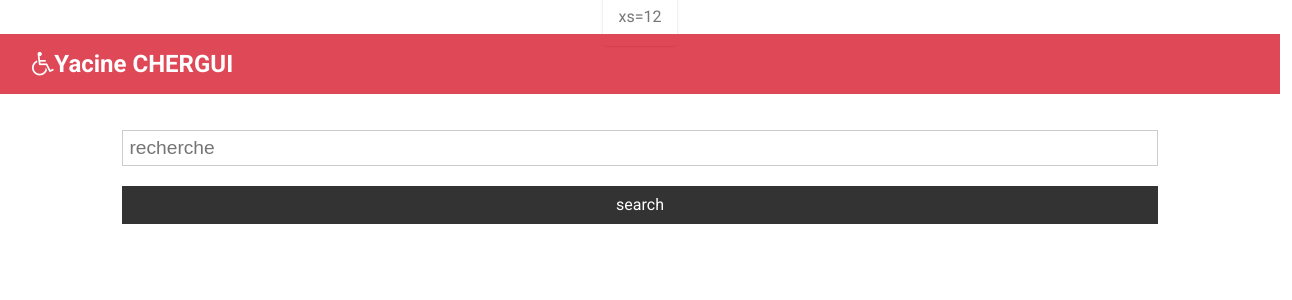
Repository: cherguiyacine/gitHubSearch
Page: /
These files come from the project's save history. The page is drawn as it stood at one moment and after the next save; the edit follows.
The browser window is 1280 px wide. The page is 1292 px wide, then 1280 px, so the pictures cover 1292 px, including what lies to the right of the window. The pictures show the whole page.
The project was rebuilt for these pictures with package versions that can differ from the ones it lists, and the page was loaded fresh each time. Also part of the build but not shown: src/Component/Users/UserItem.js, src/Component/Layout/Spinner.js.

Above is the page before, as saved 2019-11-22 00:22:39.

After the next save:
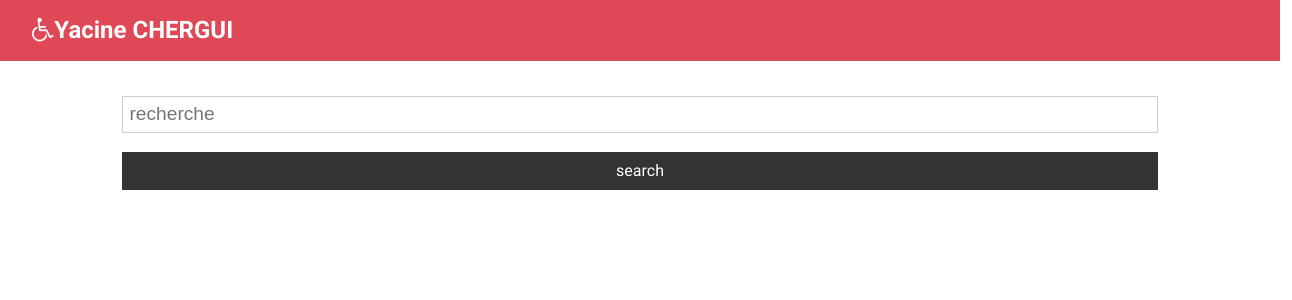
Saved 29 s later.
--- a/src/App.js
+++ b/src/App.js
@@ -27,7 +27,6 @@ class App extends React.Component {
   render() {
     return (
       <div className='App'>
-        <Authentification></Authentification>
         <Navbar title='Yacine CHERGUI' icon='fa fa-wheelchair'></Navbar>
         <div className='container'>
           <Search
